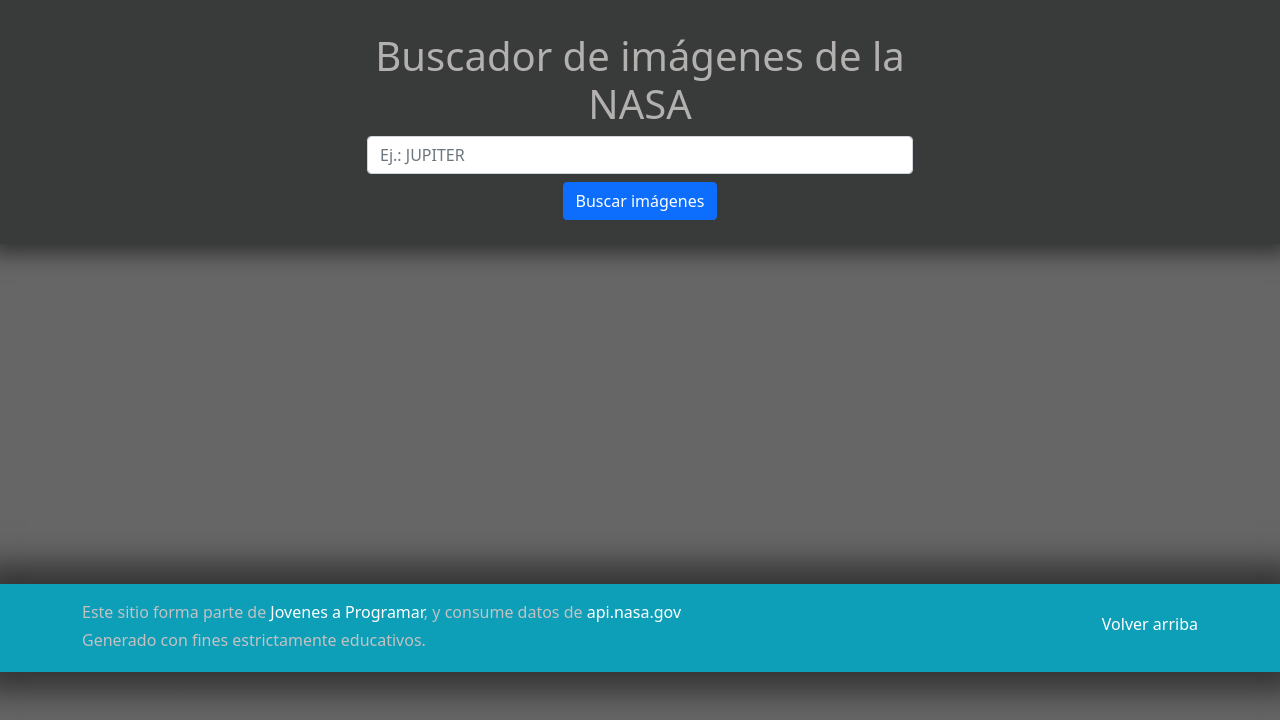
Repository: romancegirl/galaxies
Page: index.html
The author's editor kept a copy of each file at every save. The page is drawn from the files as they stood at one save, then again after the next save.
The browser window is 1280 px wide. The pictures show the whole page.

Above is the page before, as saved 2024-11-18 20:28:02.

### index.html
<!doctype html>
<html lang="es">

<head>
  <meta charset="utf-8">
  <meta name="viewport" content="width=device-width, initial-scale=1">
  <title>Buscador de imágenes de la NASA</title>

  <link href="css/bootstrap.min.css" rel="stylesheet">
  <link rel="stylesheet" href="css/style.css">
</head>

<body>
  <main>
    <div id="intro">
    <div class="text-center container">
      <div class="row py-lg-3">
        <div class="col-lg-6 col-md-8 mx-auto">
          <h1 class="fw-light">Buscador de imágenes de la NASA</h1>
          <input type="search" class="form-control" name="buscar" id="inputBuscar" placeholder="Ej.: JUPITER">
          <button class="btn btn-primary my-2" id="btnBuscar">Buscar imágenes</button>
        </div>
      </div>
    </div>
  </div>

    <div class="container">
      <div id="contenedor">
      </div>
    </div>
  </main>

  <footer class="text-muted py-3">
    <div class="container">
      <p class="float-end mb-1">
        <a href="#">Volver arriba</a>
      </p>
      <p class="mb-1">Este sitio forma parte de <a href="https://jovenesaprogramar.edu.uy/" target="_blank">
          Jovenes a Programar</a>, y consume datos de <a href="https://api.nasa.gov/" target="_blank">
          api.nasa.gov</a></p>
      <p class="mb-1">Generado con fines estrictamente educativos.</p>
    </div>
  </footer>

  <script src="js/space.js"></script>

</body>

</html>

### css/style.css
body {
    background-color: #1C1E1F;
    color: #B2B1B0;
    background:
        linear-gradient(rgba(0, 0, 0, 0.6), rgba(0, 0, 0, 0.6)),
        url('../img/background.png');
    background-size: 80rem;
    background-position: top 0.2rem right 2.4rem;
    background-repeat: repeat;
    margin: 0;
    padding: 0;
}

main {
    min-height: calc(100vh - 160px);
  }

  footer {
    background-color: #0d9eb8;
    bottom: 0;
    width: 100%;
    margin-top: 1.5rem;
    box-shadow: 0 0 30px 20px rgba(0, 0, 0, 0.5);
}

#intro {
    background-color: #1c1e1f9b;
    padding-top: 1rem;
    position: relative;
    box-shadow: 0 0 20px 10px rgba(0, 0, 0, 0.5);
}


footer p {
    color: #c3c2c2
}

footer a {
    color: #ffffff;
    text-decoration: none;
}

footer a:hover {
    color: #9b9a9b;
    transform: scale(1.05);
    transition: color 0.3s, text-shadow 0.3s;
}

footer .float-end {
    transform: translateY(50%);
}

Loaded but not shown: css/bootstrap.min.css (library); js/space.js (no stored copy; drawn as an empty file)

After the next save:
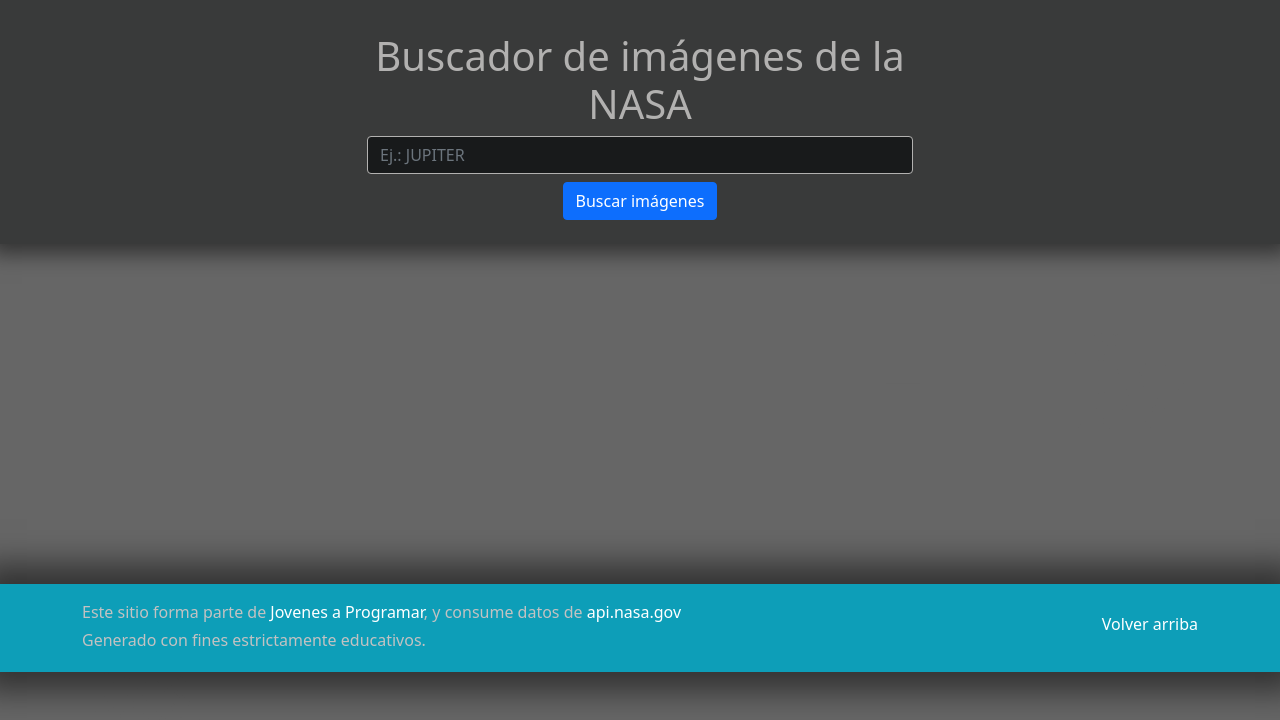
Saved 57 s later.
--- a/css/style.css
+++ b/css/style.css
@@ -30,6 +30,19 @@ main {
     box-shadow: 0 0 20px 10px rgba(0, 0, 0, 0.5);
 }
 
+input[type="search"] {
+    background-color: #181A1B;
+    border: 1px solid #B2B1B0;
+    color: #B2B1B0;
+}
+
+input[type="search"]:focus {
+    box-shadow: 0 0 10px #96242F;
+    background-color: #181A1B;
+    border: 1px solid #96242F;
+    color: #B2B1B0;
+}
+
 
 footer p {
     color: #c3c2c2
